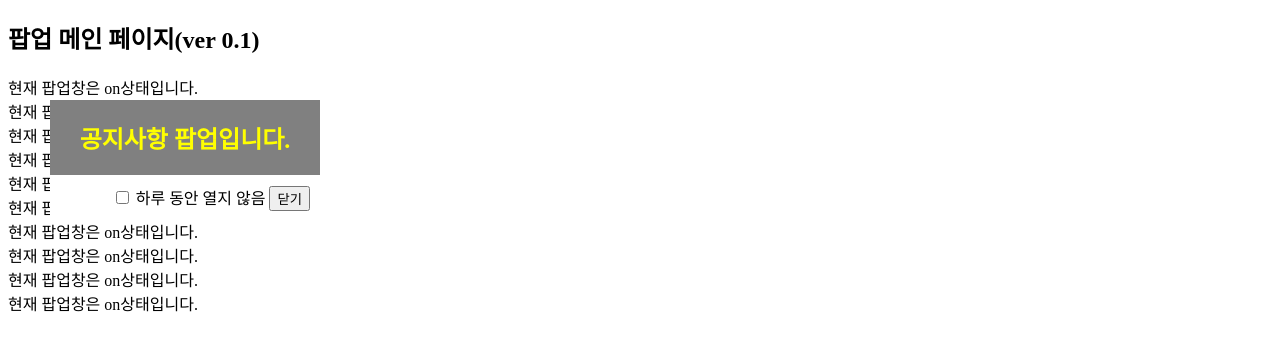
Repository: choikoya/JSP
Page: http://localhost/MustHaveJSP/04Cookie/PopupMain.jsp
An editor plug-in stored every save of this project. The page is shown before and after the next save, followed by the edit.
The browser window is 1280 px wide. The pictures show the whole page.
The page is served by Tomcat 10. Nobody is signed in. The application's start-up code is not run. Other server files are loaded and not shown.

Above is the page before, as saved 2024-06-13 06:01:49.
Console error: SyntaxError: missing ) after argument list

### MustHaveJSP/src/main/webapp/04Cookie/PopupMain.jsp
<%@ page language="java" contentType="text/html; charset=UTF-8"
    pageEncoding="UTF-8"%>
<%
String popupMode = "on";

Cookie[] cookies = request.getCookies();
if(cookies!=null){
	for(Cookie c : cookies){

		String cookieName = c.getName();
		String cookieValue = c.getValue();
		if(cookieName.equals("PopupClose")){

			popupMode = cookieValue;
		}
	}
}
%>
<!DOCTYPE html>
<html>
<head>
<meta charset="UTF-8">
<title>쿠키를 이용한 팝업 관리 ver 0.1</title>
<style>
	div#popup{
		position: absolute; top:100px; left:50px; color:yellow;
		width:270px; height:100px; background-color:gray;
	}
	div#popup>div {
		position: relative; background-color:#ffffff; top:0px;
		border:1px; solid gray; padding:10px; color:black;
	}
</style>

<script src="https://ajax.googleapis.com/ajax/libs/jquery/3.7.0/jquery.min.js"></script>
<script>
$(funtion(){
	$('#closeBtn').click(function(){
		$('#popup').hide();
	});
});
</script>
</head>
<body>
<h2>팝업 메인 페이지(ver 0.1)</h2>
<%
	for(int i=1; i<=10; i++){
		out.print("현재 팝업창은 "+popupMode +"상태입니다.<br/>");
	}

	if (popupMode.equals("on")){
%>
	<div id="popup">
		<h2 align="center">공지사항 팝업입니다.</h2>
		<div align="right"><form name="popFrm">
			<input type="checkbox" id="inactiveToday" value="1"/>
			하루 동안 열지 않음
			<input type="button" value="닫기" id="closeBtn" />
			</form>
		</div>
	</div>
	<%
	}
	%>
</body>
</html>

After the next save:
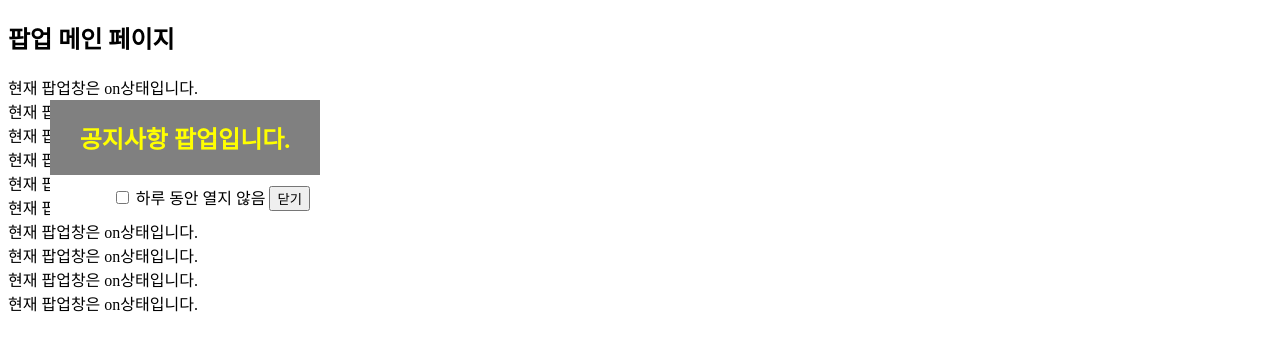
Saved 4 min 34 s later.
--- a/MustHaveJSP/src/main/webapp/04Cookie/PopupMain.jsp
+++ b/MustHaveJSP/src/main/webapp/04Cookie/PopupMain.jsp
@@ -20,7 +20,8 @@ if(cookies!=null){
 <html>
 <head>
 <meta charset="UTF-8">
-<title>쿠키를 이용한 팝업 관리 ver 0.1</title>
+<title>쿠키를 이용한 팝업 관리</title>
+
 <style>
 	div#popup{
 		position: absolute; top:100px; left:50px; color:yellow;
@@ -37,12 +38,28 @@ if(cookies!=null){
 $(funtion(){
 	$('#closeBtn').click(function(){
 		$('#popup').hide();
+		var chkVal = $("input:checkbox[id=inactiveToday]:checked").val();
+		//var chkVal = $("#inactiveToday").is(":checked");
+		if(chkVal==1){
+			$.ajax({
+				url : './PopupCookie.jsp',
+				type : 'get',
+				data : {inactiveToday : chkVal},
+				dataType : "text",
+				success : function(resDate){
+					if(resData != '') location.reload();
+
+				}
+			});
+
+
+		}
 	});
 });
 </script>
 </head>
 <body>
-<h2>팝업 메인 페이지(ver 0.1)</h2>
+<h2>팝업 메인 페이지</h2>
 <%
 	for(int i=1; i<=10; i++){
 		out.print("현재 팝업창은 "+popupMode +"상태입니다.<br/>");
